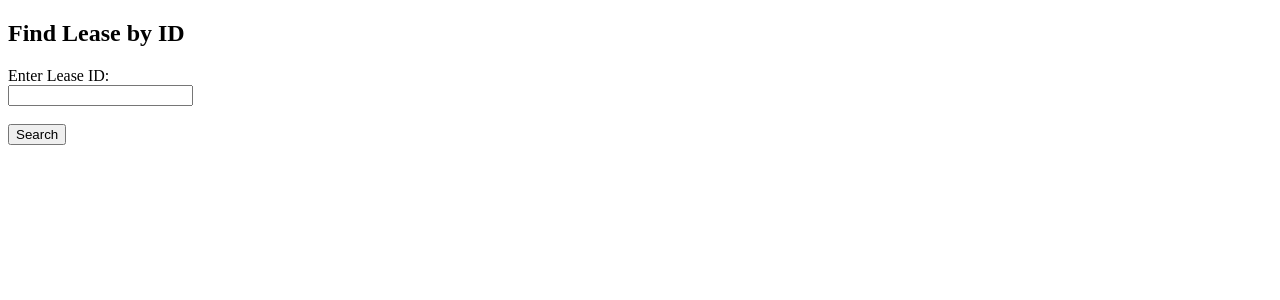
Repository: NirmalyaSatapathy/NirmalyaSatapathyProjects
Page: CarRental/CarRental/src/main/webapp/getLease.html
These files come from the project's save history. The page is drawn as it stood at one moment and after the next save; the edit follows.
The browser window is 1280 px wide. The pictures show the whole page.

Above is the page before, as saved 2025-05-04 13:45:17.

After the next save:
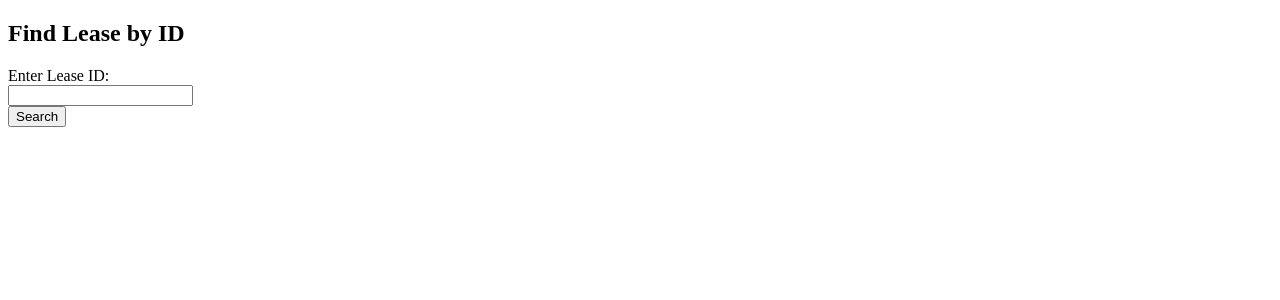
Saved 12 s later.
--- a/CarRental/CarRental/src/main/webapp/getLease.html
+++ b/CarRental/CarRental/src/main/webapp/getLease.html
@@ -8,7 +8,7 @@
 	<h2>Find Lease by ID</h2>
     <form action="FindLeaseById" method="get">
         <label for="leaseId">Enter Lease ID:</label><br>
-        <input type="number" id="leaseId" name="leaseId" required><br><br>
+        <input type="number" id="leaseId" name="leaseId" required><br>
         <button type="submit">Search</button>
     </form>
 </body>
